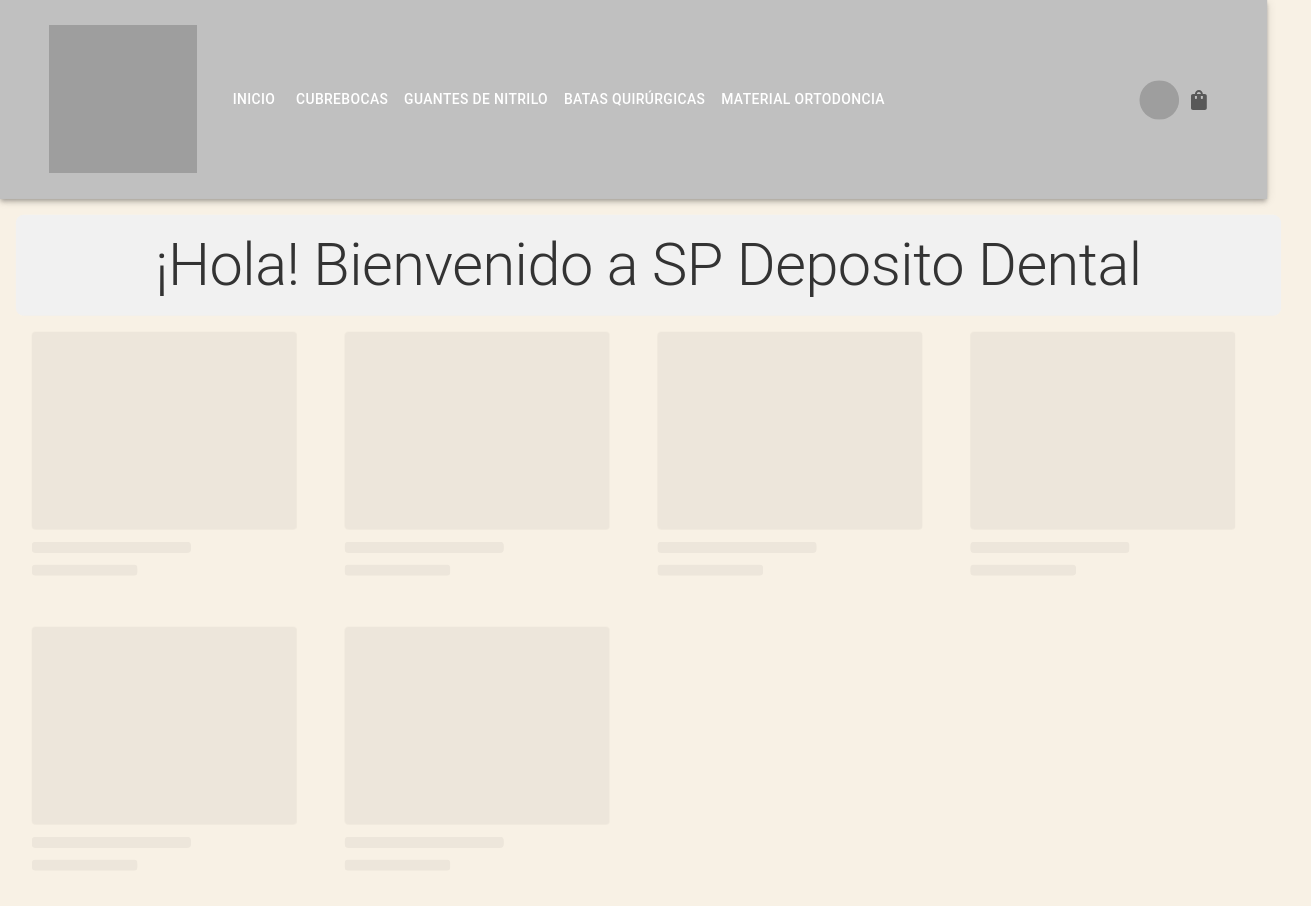
Repository: SebastianPineiro10/ecommerce-coderhouse
Page: /
The author's editor kept a copy of each file at every save. The page is drawn from the files as they stood at one save, then again after the next save.
The browser window is 1280 px wide. The page is 1294 px wide, then 1324 px, so the pictures cover 1324 px, including what lies to the right of the window. The pictures show the whole page, at 99% of full size.
Pictures or frames that could not be fetched are drawn as grey boxes. The page's requests for data from a server got no answer. The project was rebuilt for these pictures with package versions that can differ from the ones it lists, and the page was loaded fresh each time. No one was signed in, and anything a server would have sent is missing. Also part of the build but not shown: vite.config.js, src/components/common/card/productcard.css, src/components/common/card/ProductCard.jsx, src/components/pages/ItemListContainer/ItemList.jsx, src/components/pages/ItemDetail/ItemDetail.jsx, src/components/pages/ItemDetail/ItemDetailContainer.jsx, src/components/pages/cart/CartContainer.jsx, src/components/pages/checkout/Checkout.jsx and 1 more.

Above is the page before, as saved 2024-11-18 22:36:03.

After the next save:
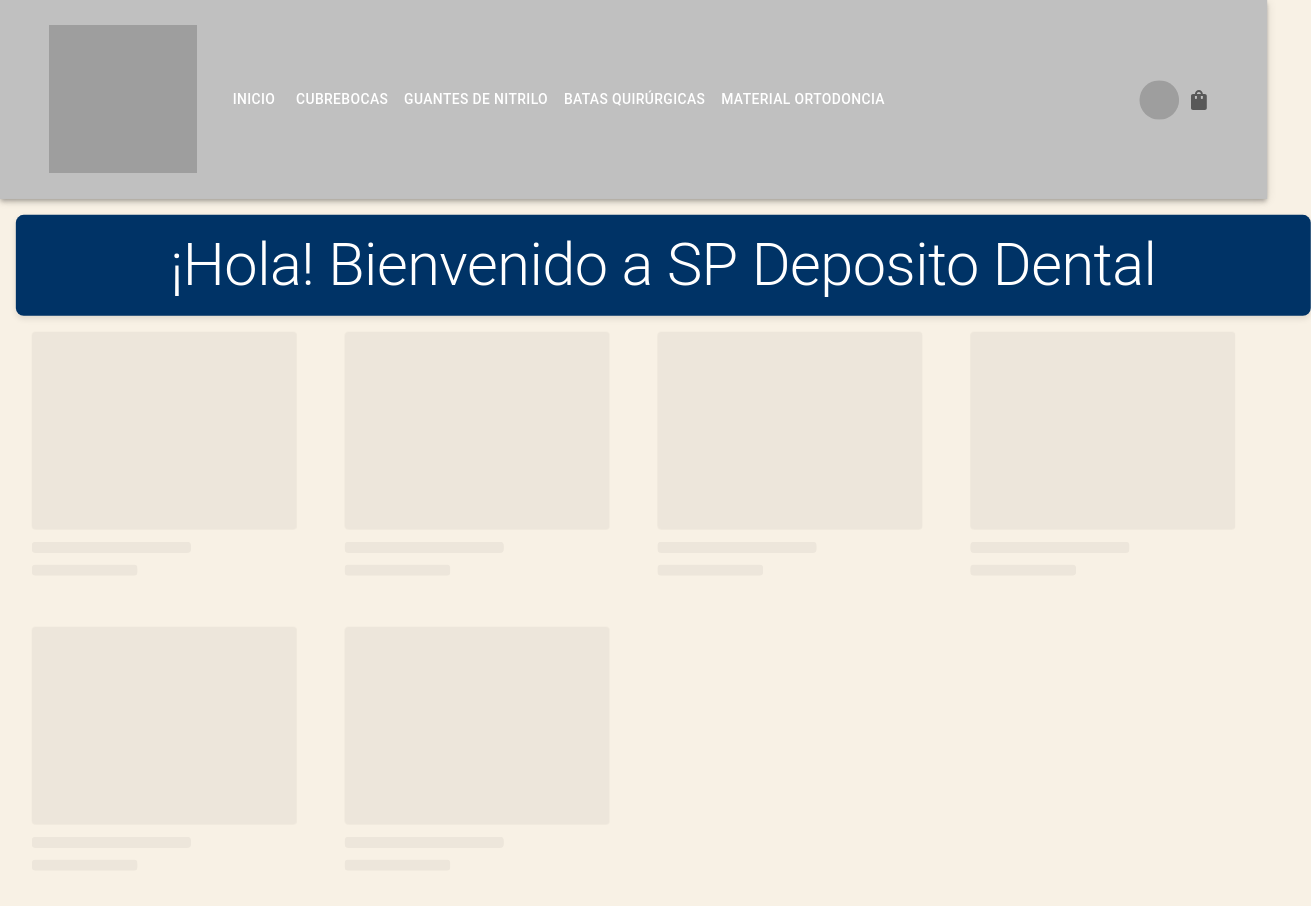
Saved 60 s later.
--- a/src/components/pages/ItemListContainer/ItemListContainer.css
+++ b/src/components/pages/ItemListContainer/ItemListContainer.css
@@ -1,25 +1,22 @@
-/* Contenedor general del cuadro de bienvenida */
+/* Contenedor del cuadro de bienvenida */
 .welcome-title {
-    margin-top: 0; /* Elimina el margen superior para pegarlo al navbar */
-    padding: 15px; /* Reduce el padding para hacerlo más compacto */
-    background-color: #f1f1f1; /* Fondo gris claro para no llamar mucho la atención */
-    color: #333; /* Texto gris oscuro para una mejor legibilidad */
+    margin-top: 0; /* Pegado al navbar */
+    padding: 15px 30px; /* Espaciado para que se vea cómodo */
+    background-color: #003366; /* Fondo azul marino elegante */
+    color: white; /* Texto blanco para alto contraste */
     font-family: 'Poppins', sans-serif; /* Fuente moderna */
-    font-size: 2rem; /* Tamaño de texto moderado */
-    text-align: center; /* Centrado del texto */
-    font-weight: 500; /* Peso de fuente normal */
-    text-shadow: none; /* Eliminamos la sombra del texto */
+    font-size: 2rem; /* Tamaño adecuado para que se lea bien */
+    text-align: center; /* Centrado */
+    font-weight: 600; /* Peso moderado para que se vea sólido */
     border-radius: 8px; /* Bordes ligeramente redondeados */
-    box-shadow: none; /* Sin sombra para un look más limpio */
-    border: none; /* Sin borde */
-    width: 100%; /* Se adapta al ancho de su contenedor */
-    display: block; /* Se asegura de que ocupe el 100% del ancho */
-    position: relative;
-    top: 0; /* Alineación con el navbar */
+    width: 100%; /* Asegura que ocupe todo el ancho */
+    box-shadow: 0 3px 6px rgba(0, 0, 0, 0.1); /* Sombra suave para darle profundidad */
+    transition: all 0.3s ease; /* Transición suave para el hover */
   }
 
-  /* Opcional: Añadir un pequeño efecto hover si quieres que reaccione */
+  /* Efecto de hover para agregar interactividad */
   .welcome-title:hover {
-    background-color: #e0e0e0; /* Color ligeramente más oscuro al pasar el ratón */
-    color: #222; /* Oscurece un poco el texto */
+    background-color: #00509d; /* Color azul más claro al pasar el mouse */
+    cursor: pointer; /* Cambia el cursor al pasar encima */
+    transform: translateY(-2px); /* Efecto de elevación sutil */
   }
